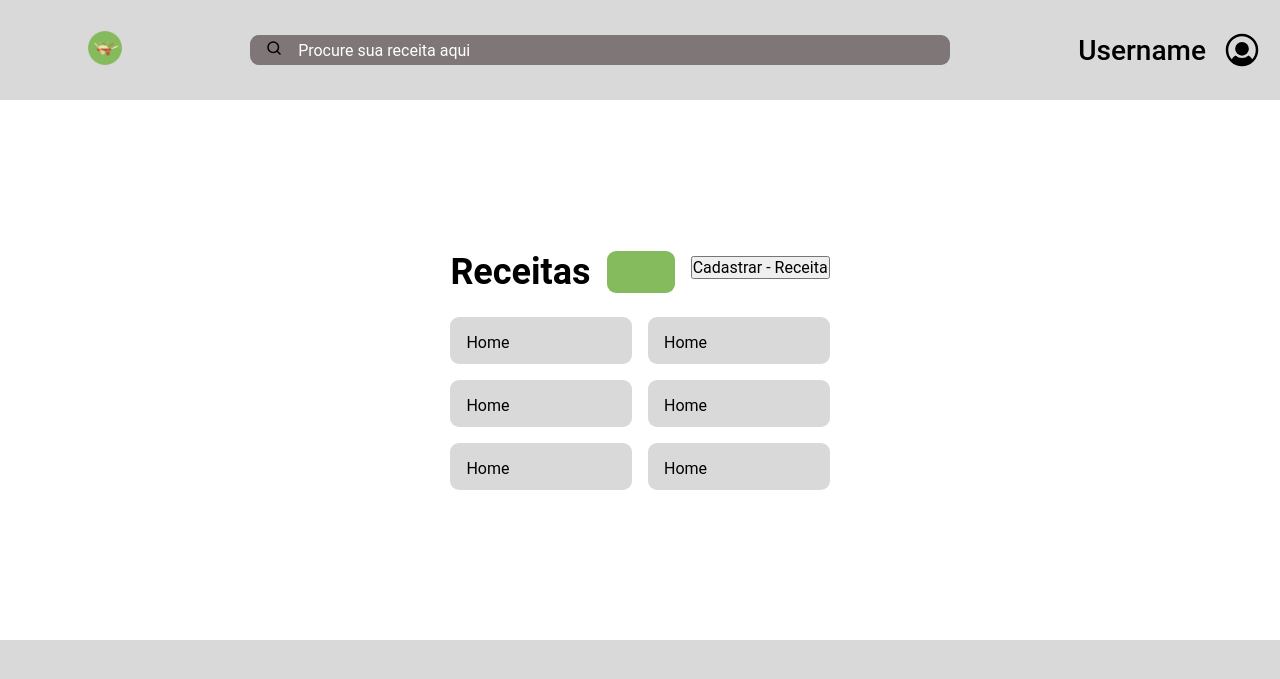
Repository: GabrielEduardoBrambilla/receitas-online
Page: /
An editor plug-in stored every save of this project. The page is shown before and after the next save, followed by the edit.
The browser window is 1280 px wide. The pictures show the whole page.
The project was rebuilt for these pictures with package versions that can differ from the ones it lists, and the page was loaded fresh each time. Also part of the build but not shown: vite.config.js.

Above is the page before, as saved 2024-04-15 21:03:33.

After the next save:
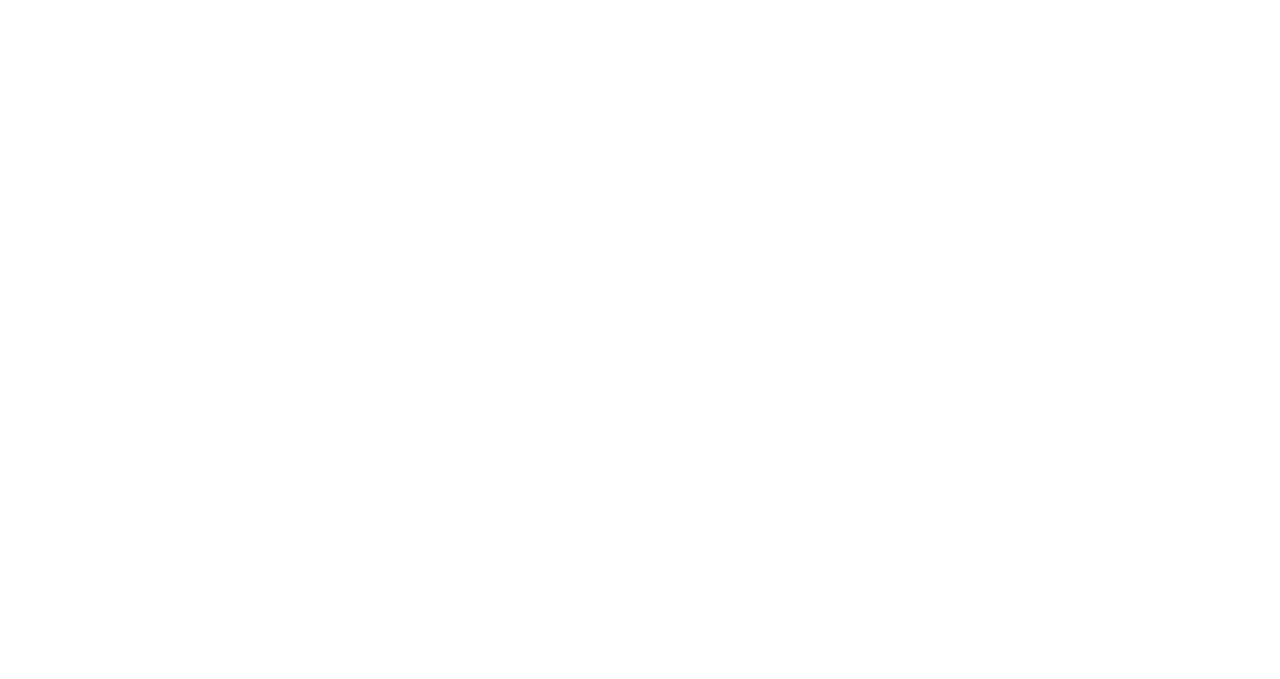
Console error (its wording comes from the project's code and is left out).
Saved 6 s later.
--- a/src/components/RecipeRegisterModal/index.jsx
+++ b/src/components/RecipeRegisterModal/index.jsx
@@ -2,7 +2,7 @@
 import { Container } from './styles'
 import Modal from 'react-modal'
 
-export function RecipeRegisterModal({buttonText}) {
+export function RecipeRegisterModal(buttonText) {
   const [modalIsOpen, setIsOpen] = React.useState(false);
 
   function openModal() {

After the save that followed:
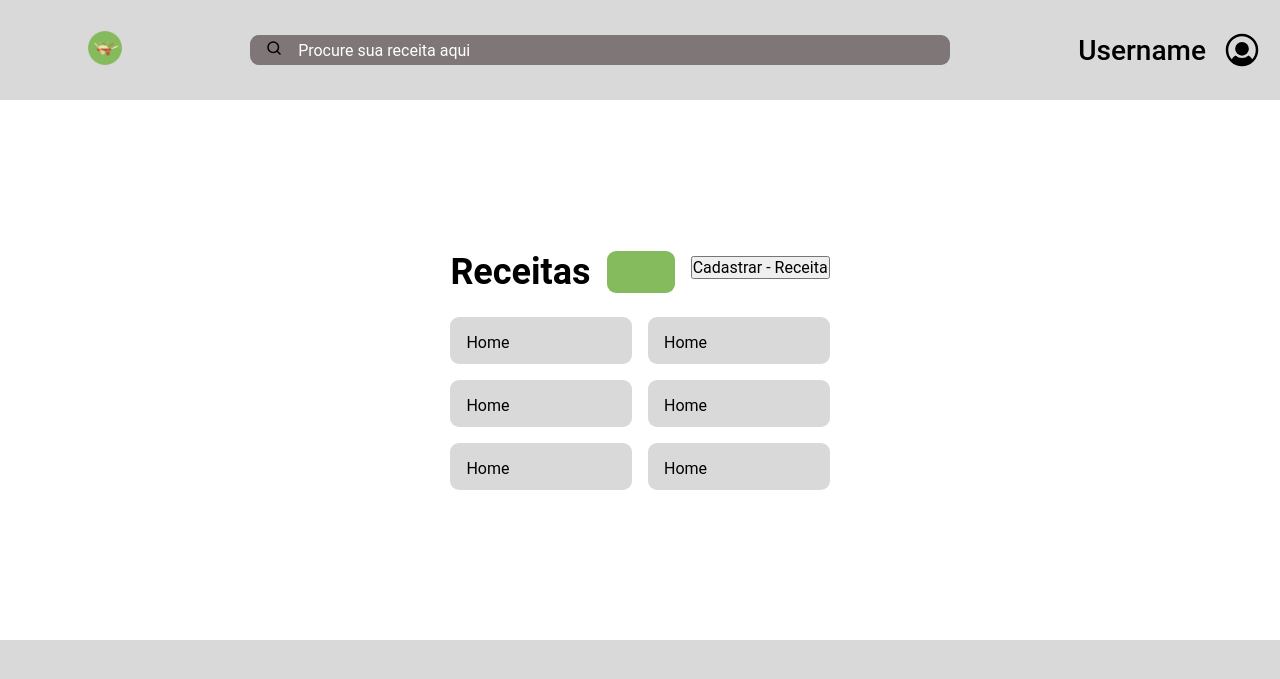
The error is gone.
Saved 6 s later.
--- a/src/components/RecipeRegisterModal/index.jsx
+++ b/src/components/RecipeRegisterModal/index.jsx
@@ -2,7 +2,7 @@
 import { Container } from './styles'
 import Modal from 'react-modal'
 
-export function RecipeRegisterModal(buttonText) {
+export function RecipeRegisterModal({buttonText}) {
   const [modalIsOpen, setIsOpen] = React.useState(false);
 
   function openModal() {
